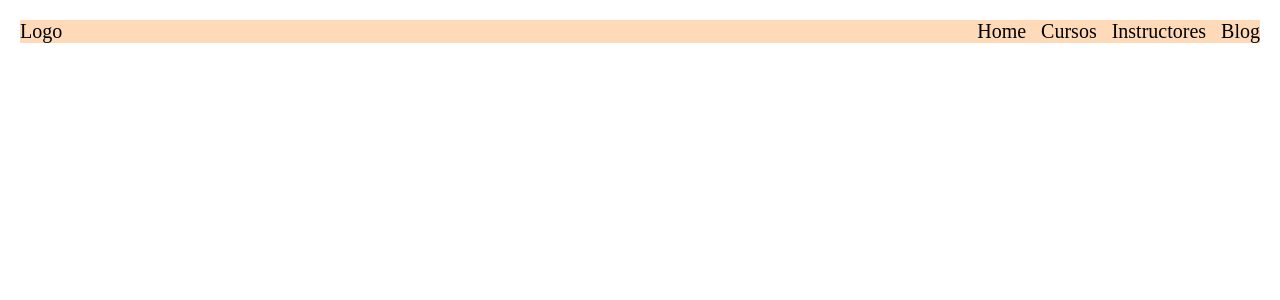
Repository: Daniel009980/daniel0099980
Page: desafiolayout1/index.html
The author's editor kept a copy of each file at every save. The page is drawn from the files as they stood at one save, then again after the next save.
The browser window is 1280 px wide. The pictures show the whole page.

Above is the page before, as saved 2022-09-21 05:46:49.

After the next save:
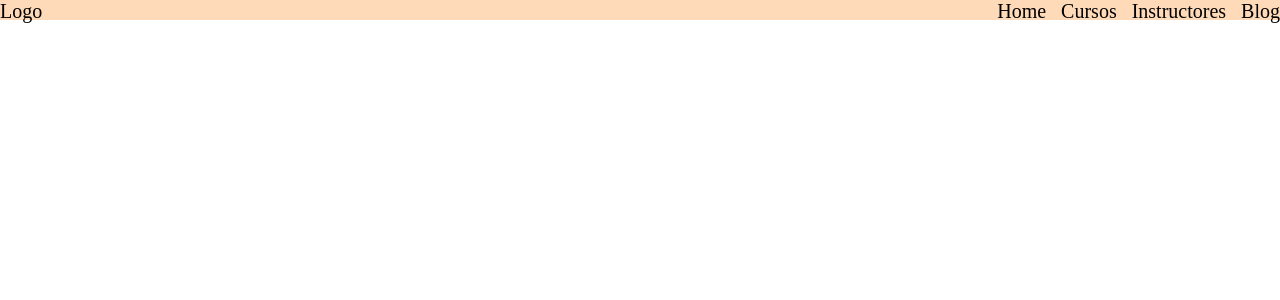
Saved 11 s later.
--- a/desafiolayout1/style.css
+++ b/desafiolayout1/style.css
@@ -17,7 +17,7 @@ p{
 
 .cabeza{
     background-color: peachpuff;
-    margin: 20px;
+    height: 20px;
 }
 .nav {
     list-style: none;
